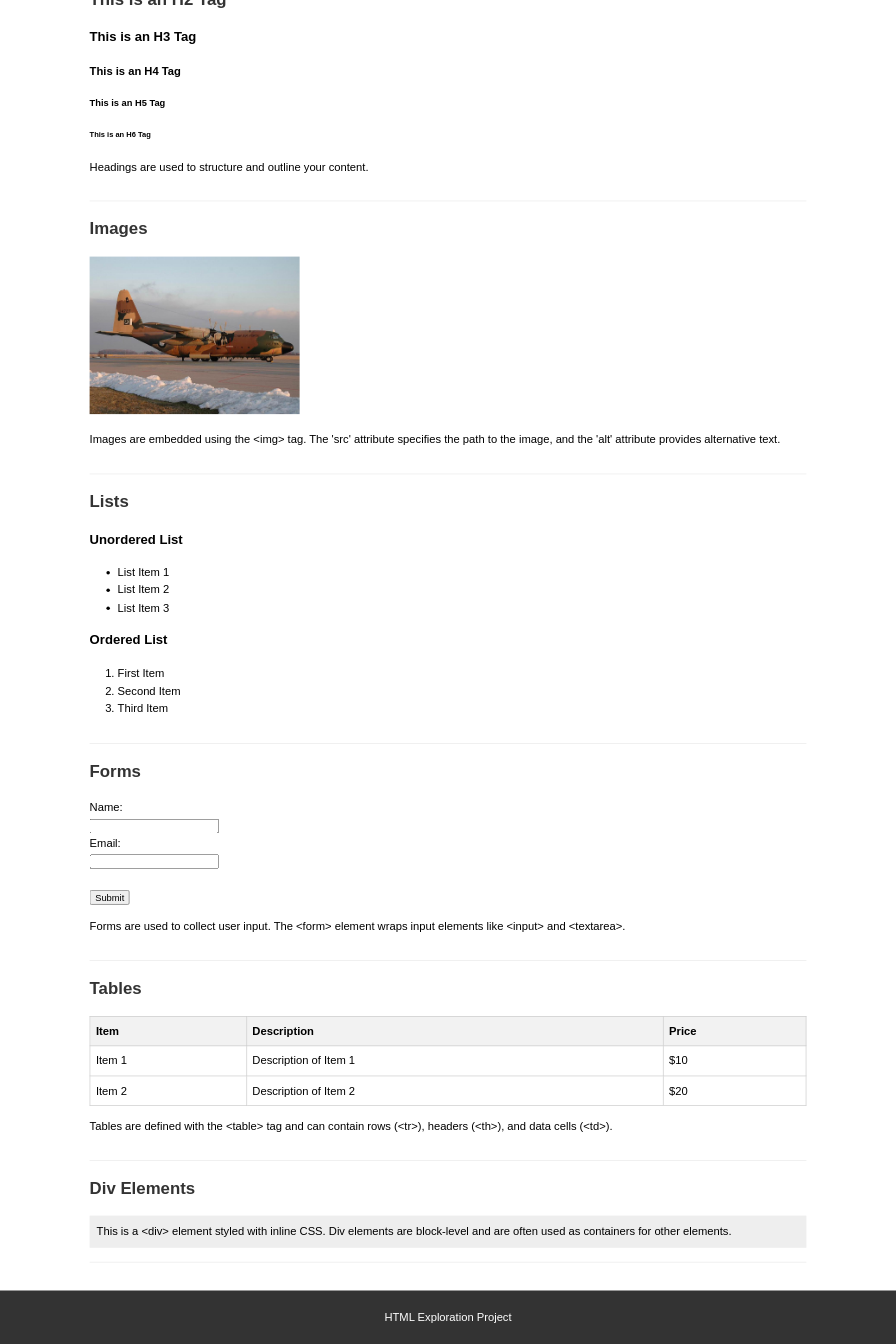
Repository: ArsalanKhan0608/Web-Development
Page: practice1.html
These files come from the project's save history. The page is drawn as it stood at one moment and after a run of saves; the edit follows.
The browser window is 1280 px wide. The pictures show the part of the page from y = 682 to 2602 px (the page is 2602 px tall), at 70% of full size.

Above is the page before, as saved 2024-02-02 22:15:42.

After the next 2 saves:
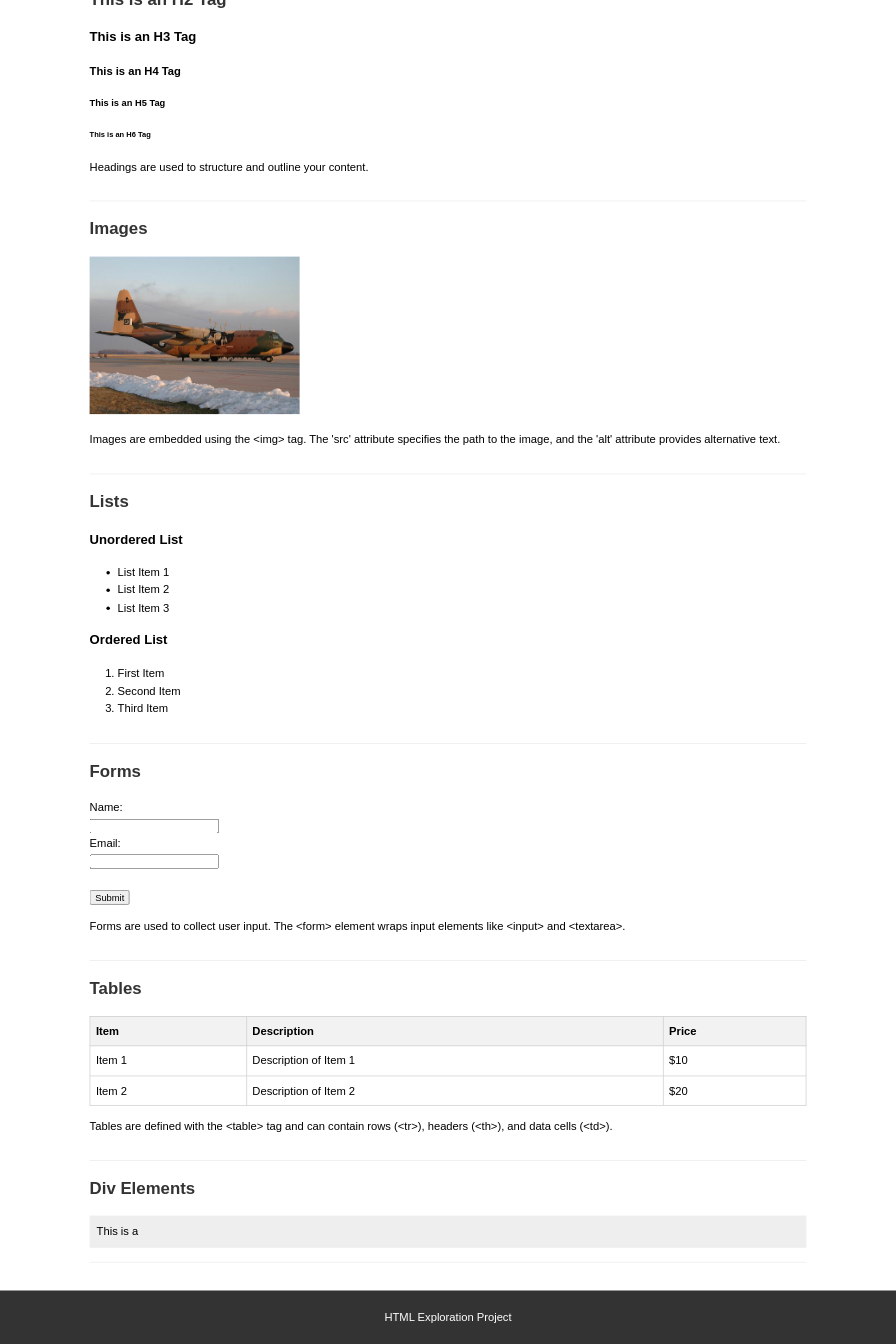
The 2 saves are shown as one change because they came seconds apart.
The last was saved 2 min 35 s later.
--- a/practice1.html
+++ b/practice1.html
@@ -158,7 +158,7 @@
     <section id="divs" class="content">
         <h2>Div Elements</h2>
         <div style="background-color: #eee; padding: 10px;">
-            This is a &lt;div&gt; element styled with inline CSS. Div elements are block-level and are often used as containers for other elements.
+            This is a <div&gt; element styled with inline CSS. Div elements are block-level and are often used as containers for other elements.
         </div>
     </section>
 
